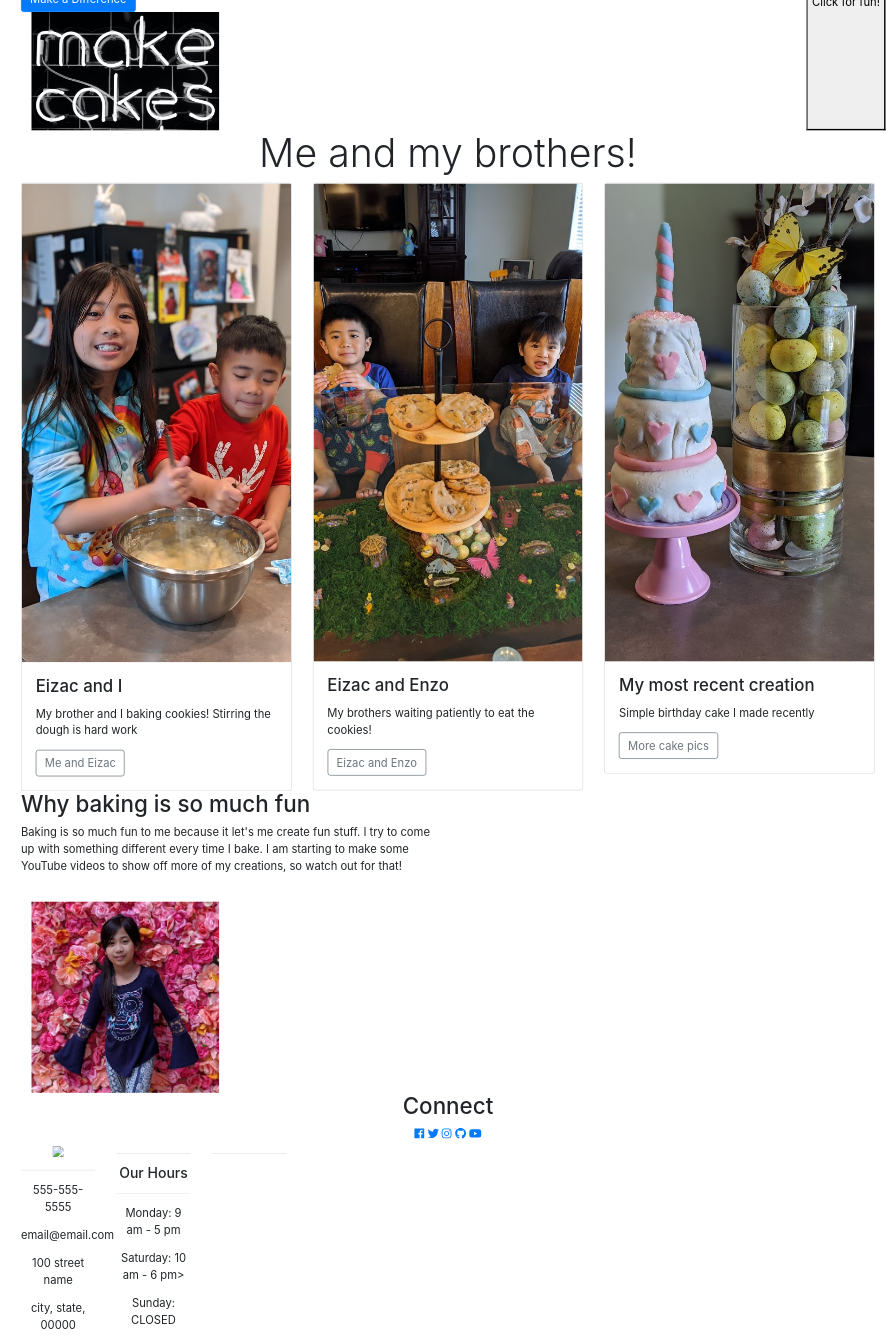
Repository: djzaragoza/Bea-Creation
Page: index.html
The author's editor kept a copy of each file at every save. The page is drawn from the files as they stood at one save, then again after the next save.
The browser window is 1280 px wide. The pictures show the part of the page from y = 3373 to 5293 px (the page is 5293 px tall before and 5286 px after), at 70% of full size.
Some web libraries are served in a nearby version.

Above is the page before, as saved 2020-04-07 22:36:36.

After the next save:
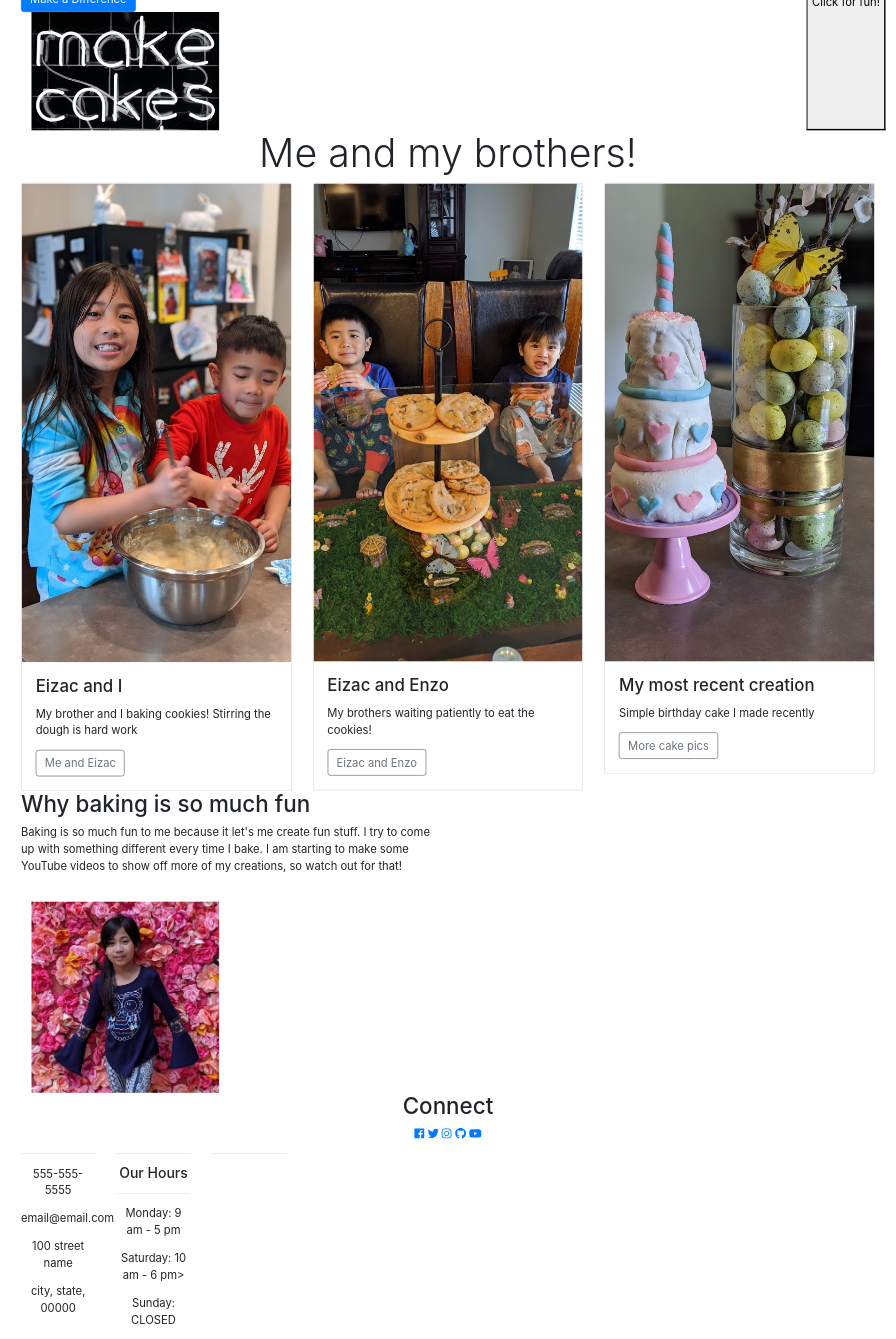
Saved 24 s later.
--- a/index.html
+++ b/index.html
@@ -253,7 +253,6 @@
     <div class="container-fluid padding">
         <div class="row text-center">
             <div class="col-md-4">
-                <img src="#">
                 <hr class="light">
                 <p>555-555-5555</p>
                 <p>email@email.com</p>
